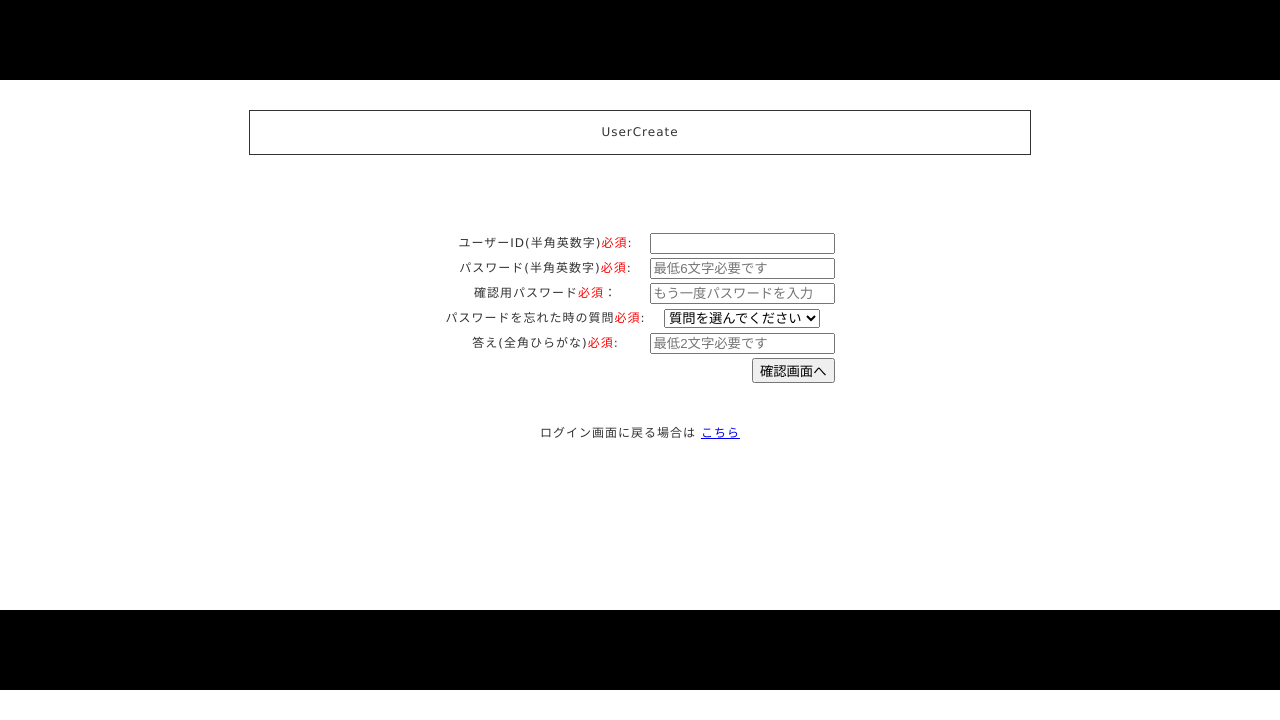
Repository: y321sudo/test2
Page: http://localhost/Yukazon/UserCreateAction.action
The author's editor kept a copy of each file at every save. The page is drawn from the files as they stood at one save, then again after the next save.
The browser window is 1280 px wide. The pictures show the whole page.
The page is served by Tomcat 9.

Above is the page before, as saved 2018-02-23 06:43:17.

After the next save:
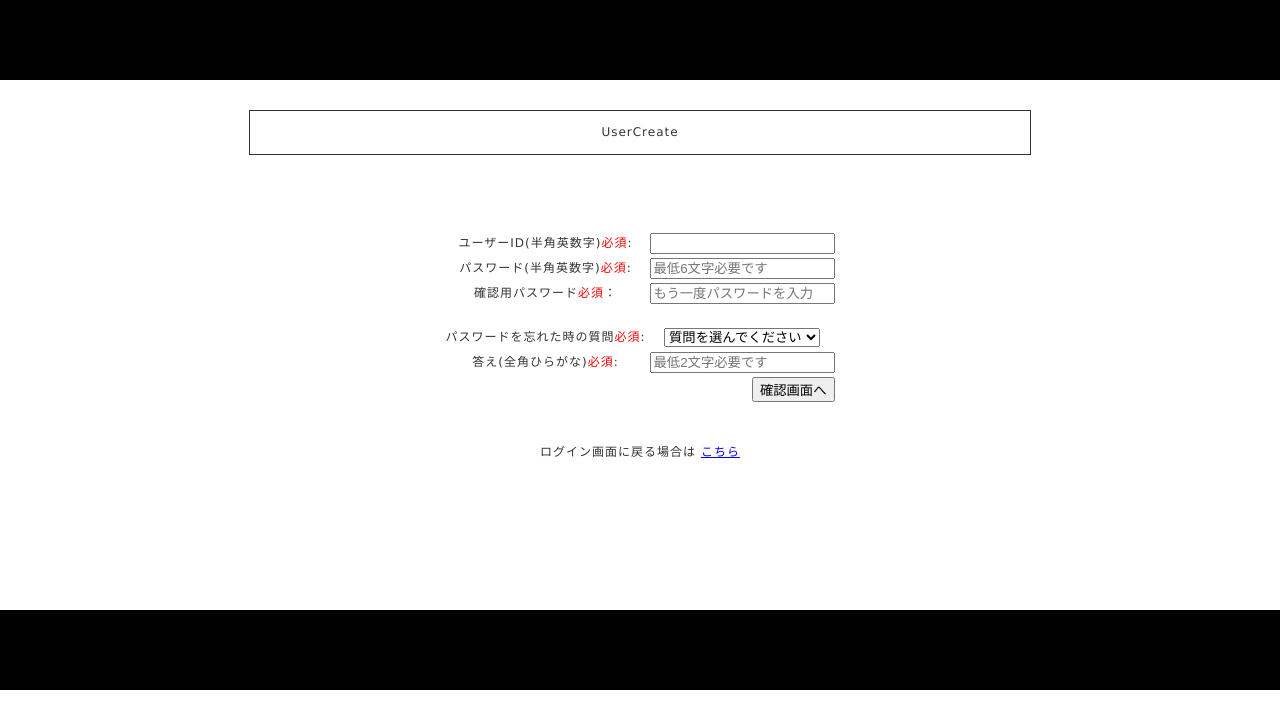
Saved 5 min 5 s later.
--- a/Yukazon/WebContent/userCreate.jsp
+++ b/Yukazon/WebContent/userCreate.jsp
@@ -92,10 +92,10 @@
 				<tr>
 					<td>
 						<label>確認用パスワード<font color="red">必須</font>：</label>
-					</td>
+					<br><br></td>
 					<td>
 						<input type="password" name="checkLoginPassword" placeholder="もう一度パスワードを入力" pattern=".{6,}" title="半角英数字6文字以上でご入力ください。" required/>
-					</td>
+					<br><br></td>
 				</tr>
 				<tr>
 					<td>
